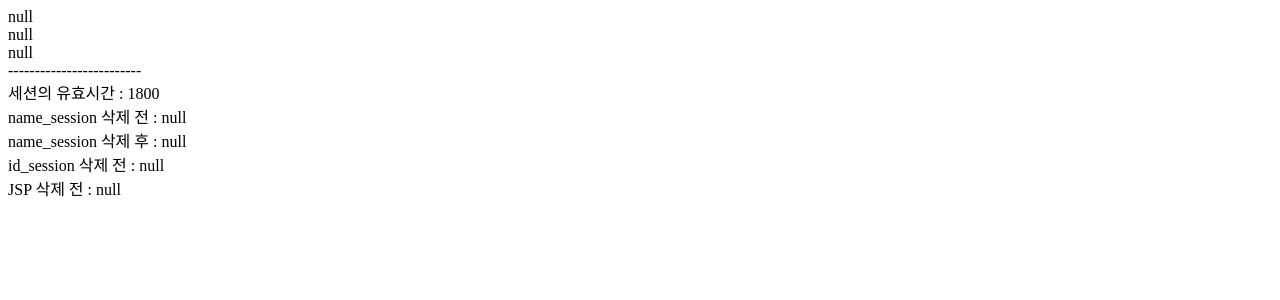
Repository: Yingjae/jsp_practice
Page: http://localhost/JSPBasic/JspObject/5.session/session_check.jsp
The author's editor kept a copy of each file at every save. The page is drawn from the files as they stood at one save, then again after the next save.
The browser window is 1280 px wide. The pictures show the whole page.
The page is served by Tomcat 9.

Above is the page before, as saved 2022-02-08 01:42:36.

After the next save:
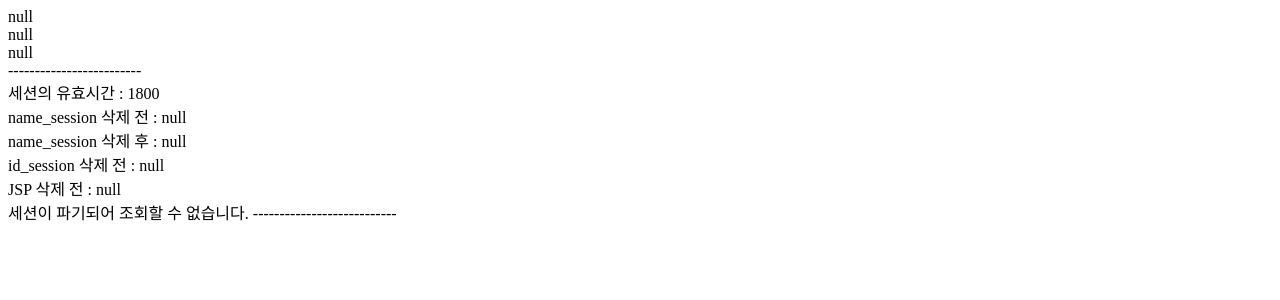
Saved 4 min 43 s later.
--- a/JSPBasic/src/main/webapp/JspObject/5.session/session_check.jsp
+++ b/JSPBasic/src/main/webapp/JspObject/5.session/session_check.jsp
@@ -46,8 +46,12 @@
 	// 세션 전체적으로 다 삭제
 	session.invalidate();
 
-	// 삭제가 완료된 다음 다시 위에 조회했던 세션 2개를 확인해 주세요.
-
+	if(request.isRequestedSessionIdValid()){
+		out.println("유효한 세션 존재");
+	} else {
+		out.println("세션이 파기되어 조회할 수 없습니다.");
+	}
+	out.println("---------------------------<br/>");
 %>
 <!DOCTYPE html>
 <html>
